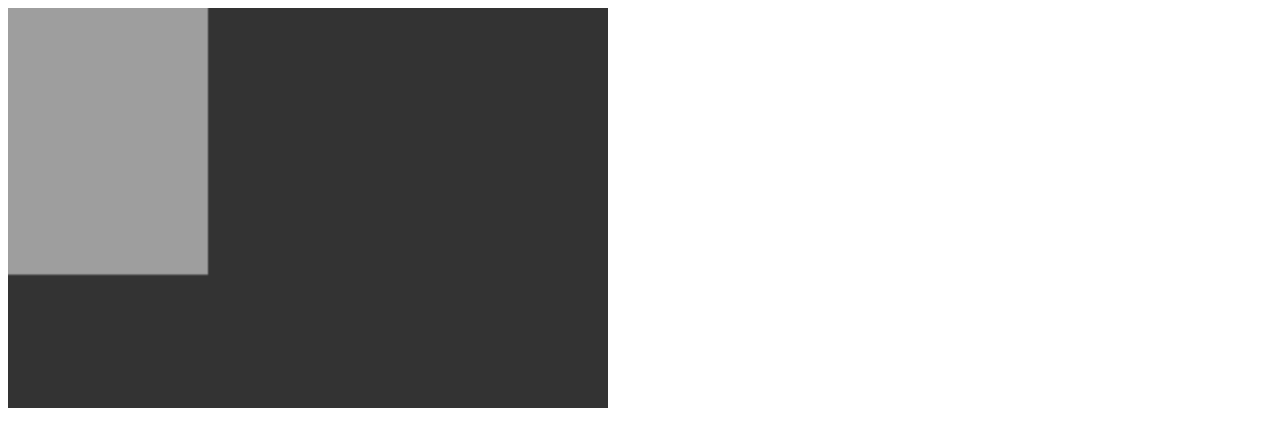
Repository: nishuiwei/nishuiwei.github.io
Page: demo_01.html
An editor plug-in stored every save of this project. The page is shown before and after the next save, followed by the edit.
The browser window is 1280 px wide. The pictures show the whole page.

Above is the page before, as saved 2019-12-19 09:52:56.

After the next save:
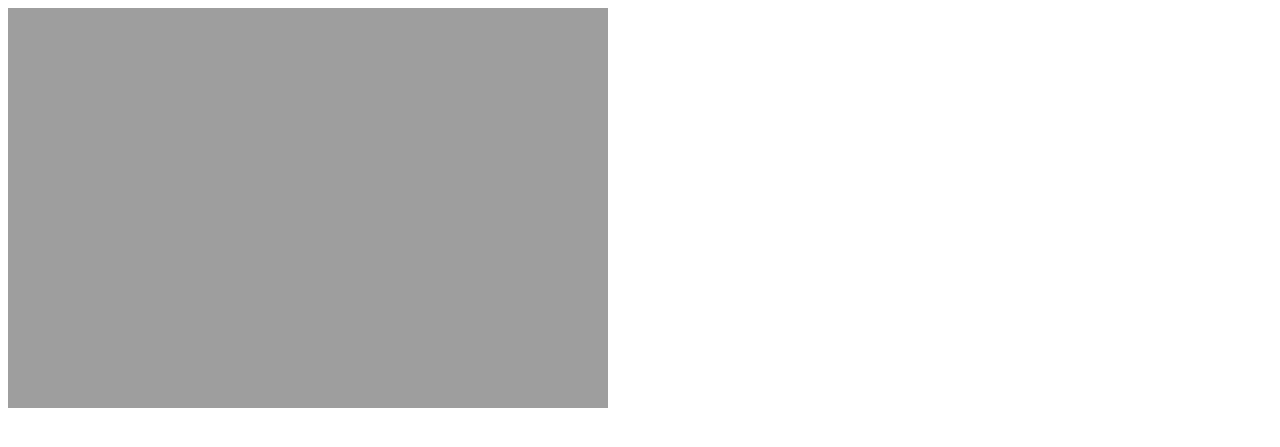
Saved 8 s later.
--- a/demo_01.js
+++ b/demo_01.js
@@ -3,6 +3,6 @@ const ctx = canvas.getContext('2d');
 
 var img = new Image();
 img.onload = function() {
-  ctx.drawImage(img, 0, 0, 100, 100)
+  ctx.drawImage(img, 0, 0)
 }
 img.src = './background.jpg';
